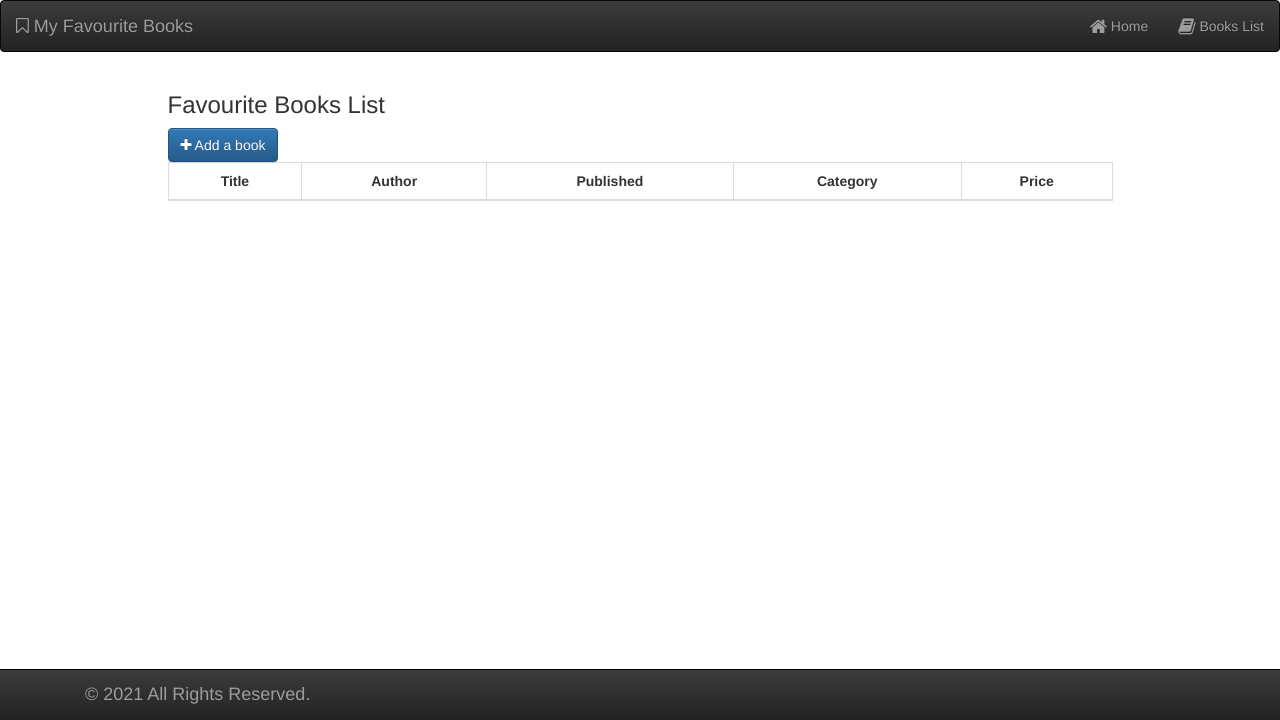
Repository: Ann8002/COMP229-F2021-MidTerm
Page: http://localhost/books
An editor plug-in stored every save of this project. The page is shown before and after the next save, followed by the edit.
The browser window is 1280 px wide. The pictures show the whole page.
The page is served by the project's Node server (server.js). Queries for data that is not in the repository find no rows.

Above is the page before, as saved 2021-10-28 01:38:12.

After the next save:
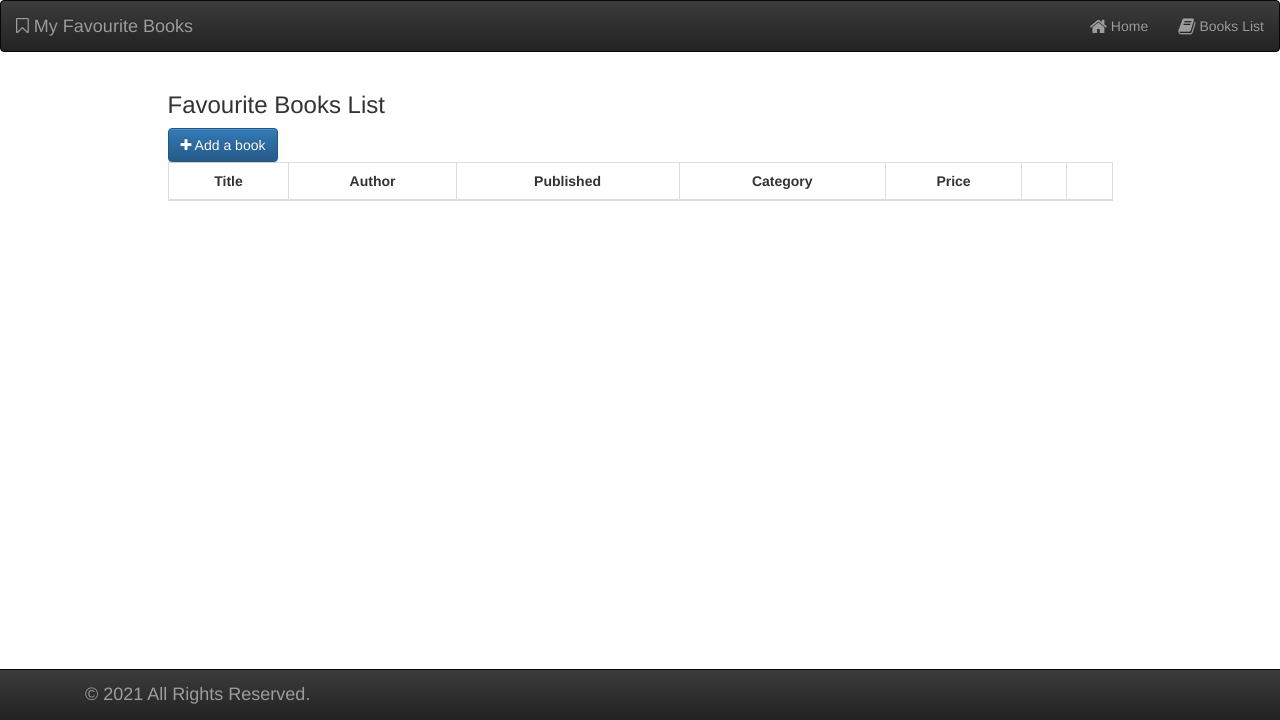
Saved 4 min 15 s later.
--- a/server/views/books/index.ejs
+++ b/server/views/books/index.ejs
@@ -19,6 +19,8 @@
                   <th class="text-center">Published</th>
                   <th class="text-center">Category</th>
                   <th class="text-center">Price</th>
+                  <th class="text-center"></th>
+                  <th class="text-center"></th>
                 </tr>
                 </thead>
                 <tbody>
